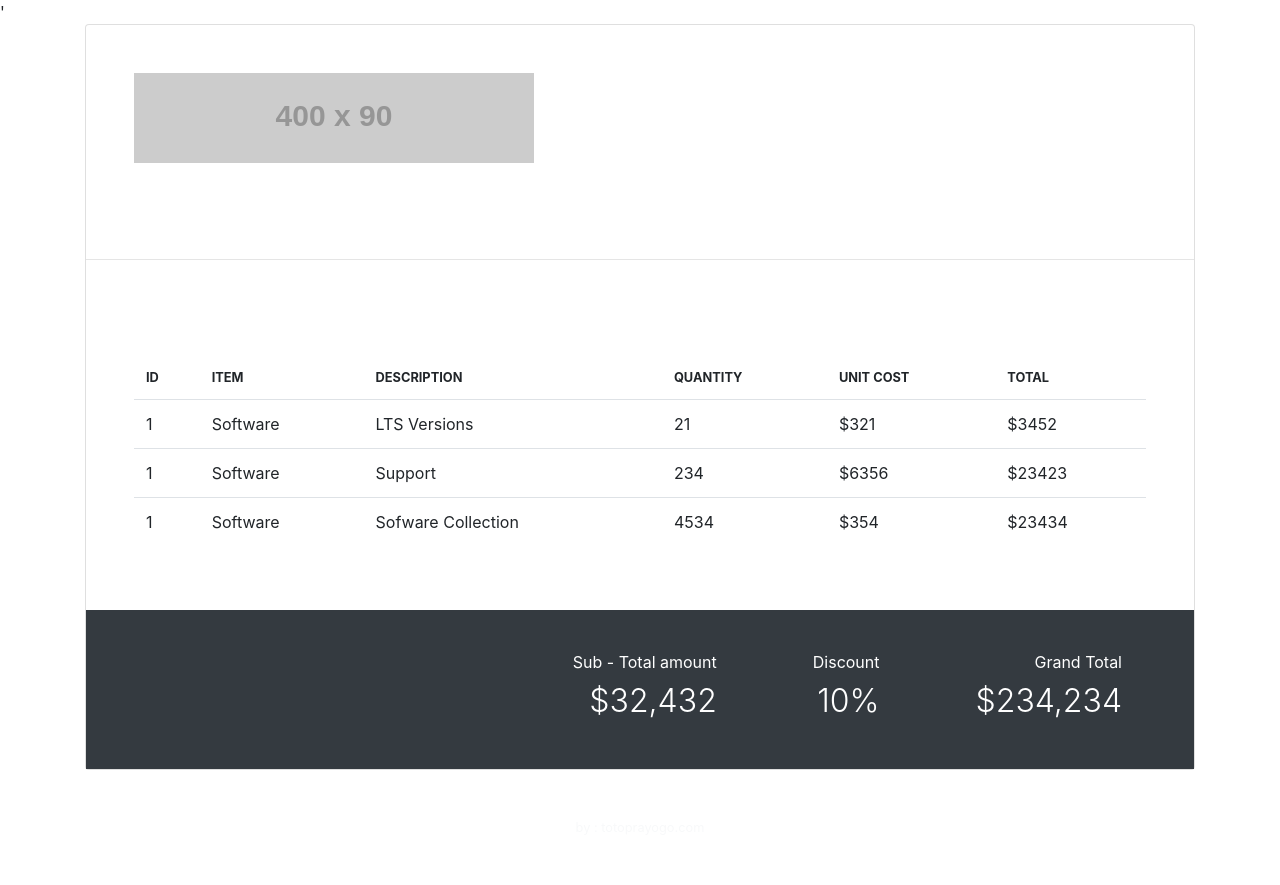
Repository: kim-byoungkwan/OpenBanking
Page: http://localhost/SemiFinalProject/jsp/board/boardList.jsp
These files come from the project's save history. The page is drawn as it stood at one moment and after the next save; the edit follows.
The browser window is 1280 px wide. The pictures show the whole page.
Some web libraries are served in a nearby version. The page is served by Tomcat 9.

Above is the page before, as saved 2022-07-31 14:49:16.
Console error: TypeError: Cannot read properties of undefined (reading 'fn')

After the next save:
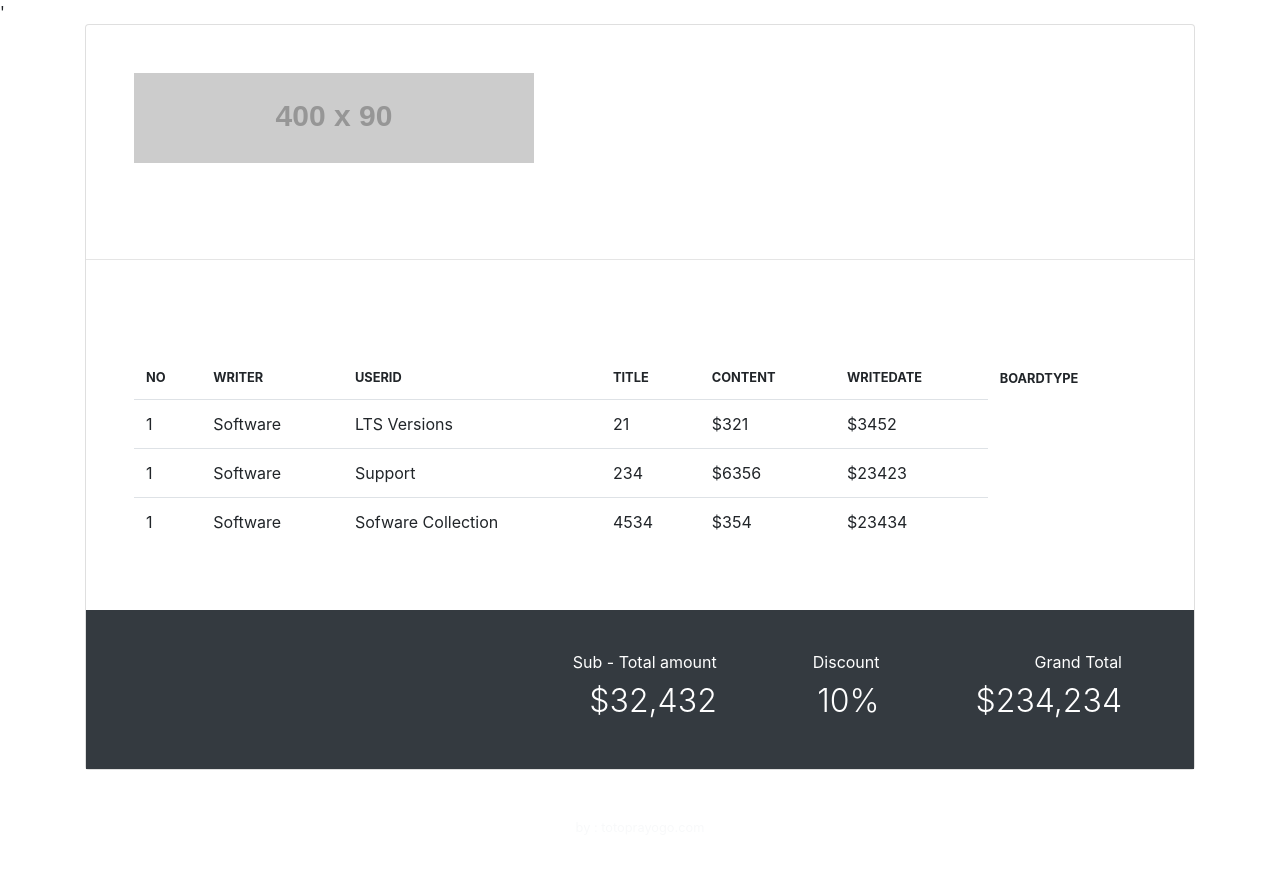
Saved 2 min 4 s later.
--- a/SemiFinalProject/src/main/webapp/jsp/board/boardList.jsp
+++ b/SemiFinalProject/src/main/webapp/jsp/board/boardList.jsp
@@ -30,17 +30,21 @@
 
                     <div class="row p-5">
                         <div class="col-md-12">
+
                             <table class="table">
+
                                 <thead>
                                     <tr>
-                                        <th class="border-0 text-uppercase small font-weight-bold">ID</th>
-                                        <th class="border-0 text-uppercase small font-weight-bold">Item</th>
-                                        <th class="border-0 text-uppercase small font-weight-bold">Description</th>
-                                        <th class="border-0 text-uppercase small font-weight-bold">Quantity</th>
-                                        <th class="border-0 text-uppercase small font-weight-bold">Unit Cost</th>
-                                        <th class="border-0 text-uppercase small font-weight-bold">Total</th>
+                                        <th class="border-0 text-uppercase small font-weight-bold">No</th>
+                                        <th class="border-0 text-uppercase small font-weight-bold">Writer</th>
+                                        <th class="border-0 text-uppercase small font-weight-bold">UserId</th>
+                                        <th class="border-0 text-uppercase small font-weight-bold">Title</th>
+                                        <th class="border-0 text-uppercase small font-weight-bold">Content</th>
+                                        <th class="border-0 text-uppercase small font-weight-bold">WriteDate</th>
+                                        <th class="border-0 text-uppercase small font-weight-bold">BoardType</th>
                                     </tr>
                                 </thead>
+
                                 <tbody>
                                     <tr>
                                         <td>1</td>
